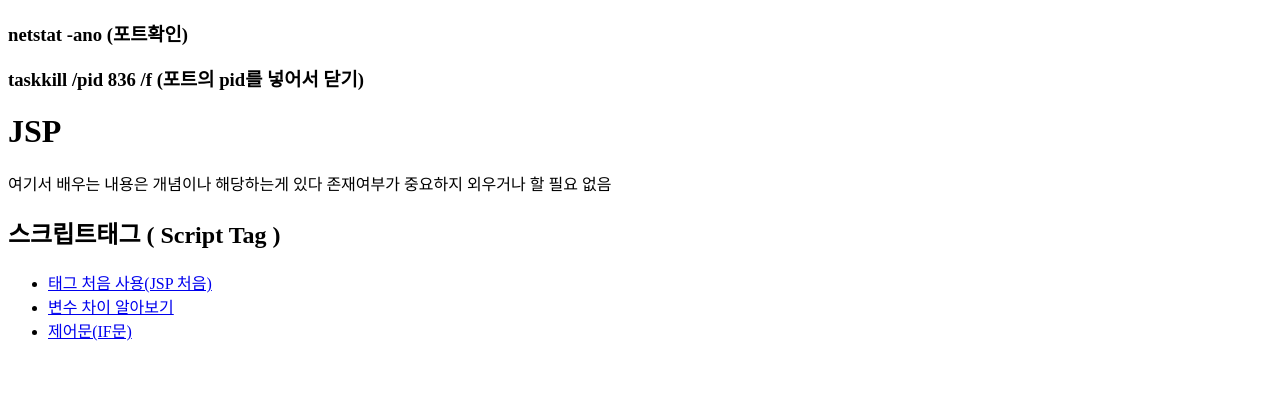
Repository: kvmhyvmvn/Study_JspServlet
Page: http://localhost/03.Tag/
These files come from the project's save history. The page is drawn as it stood at one moment and after the next save; the edit follows.
The browser window is 1280 px wide. The pictures show the whole page.
The page is served by Tomcat 9.

Above is the page before, as saved 2023-05-19 01:49:35.

After the next save:
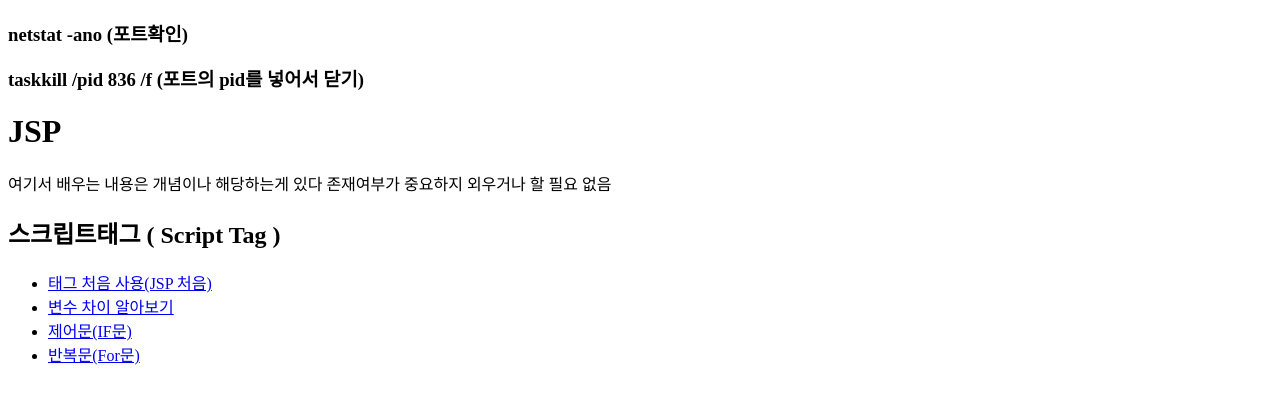
Saved 2 min 42 s later.
--- a/WorkSpace/03.Tag/src/main/webapp/index.html
+++ b/WorkSpace/03.Tag/src/main/webapp/index.html
@@ -16,6 +16,7 @@
 		<li><a href="01.Script/Ex00Into.jsp">태그 처음 사용(JSP 처음)</a></li>
 		<li><a href="01.Script/Ex01Var.jsp">변수 차이 알아보기</a></li>
 		<li><a href="01.Script/Ex02If.jsp">제어문(IF문)</a></li>
+		<li><a href="01.Script/Ex03For.jsp">반복문(For문)</a></li>
 	</ul>
 </body>
 </html>
